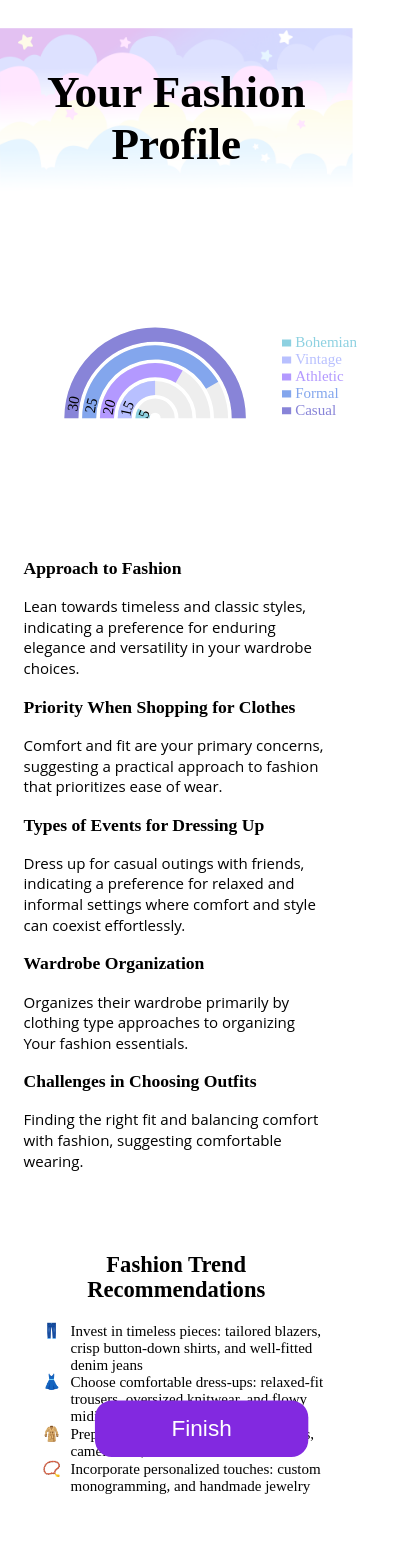
Repository: navnneett/clotho
Page: /QuizQuestions/Chart
An editor plug-in stored every save of this project. The page is shown before and after the next save, followed by the edit.
The browser window is 375 px wide. The page is 425 px wide, so the pictures cover 425 px, including what lies to the right of the window. The pictures show the whole page, at 94% of full size.
The project was rebuilt for these pictures with package versions that can differ from the ones it lists, and the page was loaded fresh each time. The framework's server and built-in components were replaced by stand-ins that run in the browser. Also part of the build but not shown: next.config.js, next.config.mjs.

Above is the page before, as saved 2024-04-07 11:38:03.

After the next save:
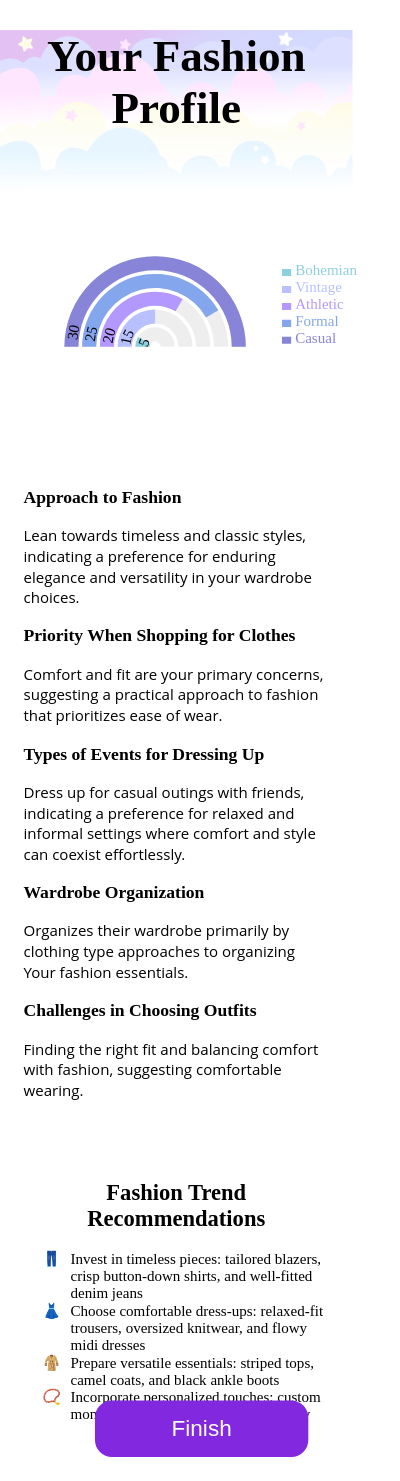
Saved 21 s later.
--- a/styles/Chart.module.css
+++ b/styles/Chart.module.css
@@ -23,8 +23,6 @@
     font-weight: var(--roboto-slab-weight);
     font-size: var(--roboto-slab-size);
     color: var(--black);
-    padding: 40px 10px;
-    margin: 30px 20px;
     text-align: center;
 }
 
